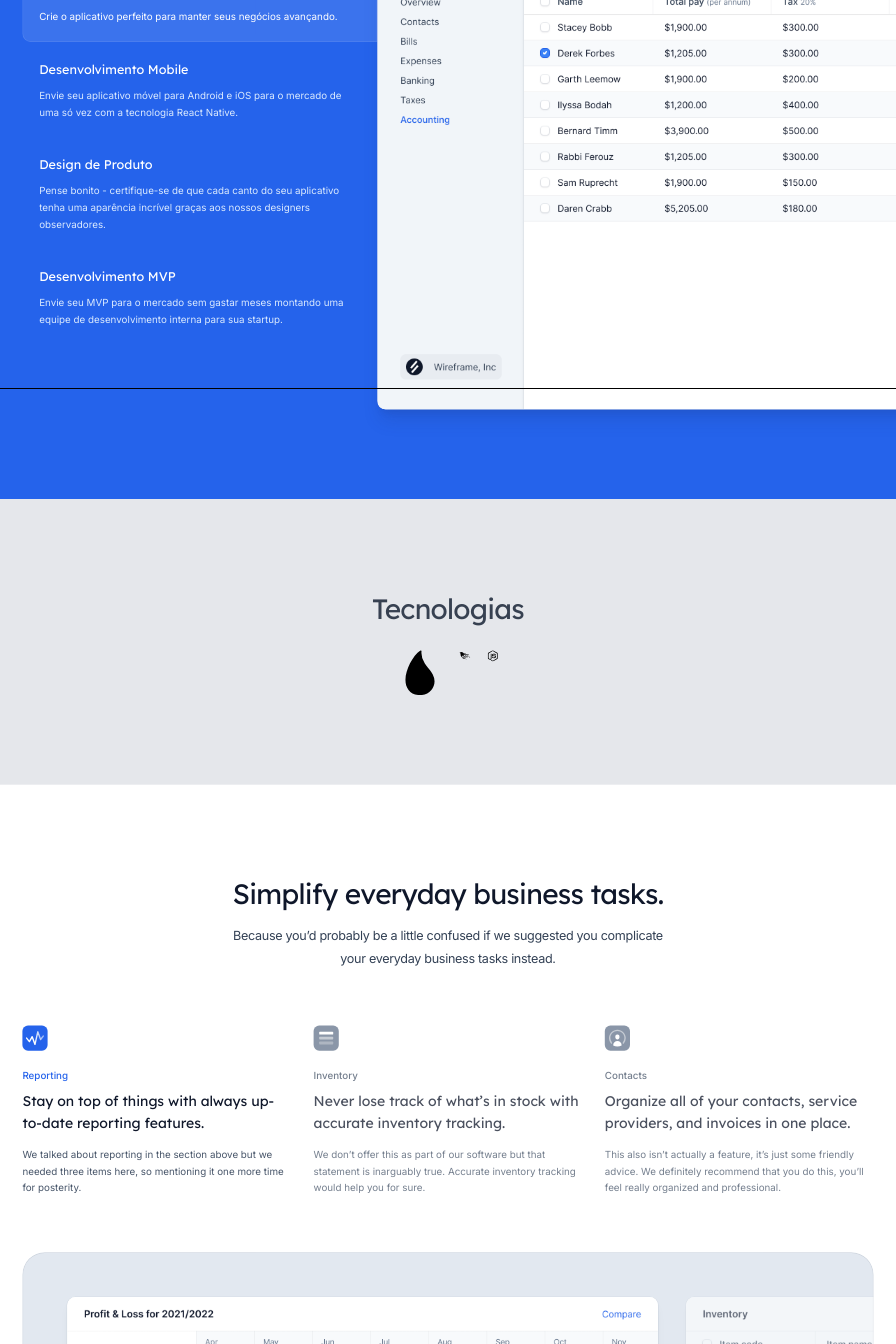
Repository: LuisSempre/imaginative
Page: /
These files come from the project's save history. The page is drawn as it stood at one moment and after the next save; the edit follows.
The browser window is 1280 px wide. The pictures show the part of the page from y = 2350 to 4270 px (the page is 10326 px tall), at 70% of full size.
The project was rebuilt for these pictures with package versions that can differ from the ones it lists, and the page was loaded fresh each time. The framework's server and built-in components were replaced by stand-ins that run in the browser. Also part of the build but not shown: next.config.js.

Above is the page before, as saved 2022-07-15 11:21:52.

### src/pages/index.jsx
import Head from 'next/head'

import { CallToAction } from '@/components/CallToAction'
import { Faqs } from '@/components/Faqs'
import { Footer } from '@/components/Footer'
import { Header } from '@/components/Header'
import { Hero } from '@/components/Hero'
import { Contact } from '@/components/Contact'
import { PrimaryFeatures } from '@/components/PrimaryFeatures'
import { SecondaryFeatures } from '@/components/SecondaryFeatures'
import { Testimonials } from '@/components/Testimonials'
import { Tecnology } from '@/components/Tecnology'

export default function Home() {
  return (
    <>
      <Head>
        <title>TaxPal - Accounting made simple for small businesses</title>
        <meta
          name="description"
          content="Most bookkeeping software is accurate, but hard to use. We make the opposite trade-off, and hope you don’t get audited."
        />
      </Head>
      <Header />
      <main>
        <Hero />
        <PrimaryFeatures />
        <Tecnology />
        <SecondaryFeatures />
        <CallToAction />
        <Testimonials />
        <Contact />
        <Faqs />
      </main>
      <Footer />
    </>
  )
}

### src/components/CallToAction.jsx
import Image from 'next/future/image'

import { Button } from '@/components/Button'
import { Container } from '@/components/Container'
import backgroundImage from '@/images/background-call-to-action.jpg'

export function CallToAction() {
  return (
    <section
      id="get-started-today"
      className="relative overflow-hidden bg-blue-600 py-32"
    >
      <Image
        className="absolute top-1/2 left-1/2 max-w-none -translate-x-1/2 -translate-y-1/2"
        src={backgroundImage}
        alt=""
        width={2347}
        height={1244}
        unoptimized
      />
      <Container className="relative">
        <div className="mx-auto max-w-lg text-center">
          <h2 className="font-display text-3xl tracking-tight text-white sm:text-4xl">
            Get started today
          </h2>
          <p className="mt-4 text-lg tracking-tight text-white">
            It’s time to take control of your books. Buy our software so you can
            feel like you’re doing something productive.
          </p>
          <Button href="/register" color="white" className="mt-10">
            Get 6 months free
          </Button>
        </div>
      </Container>
    </section>
  )
}

### src/components/Faqs.jsx
import Image from 'next/future/image'

import { Container } from '@/components/Container'
import backgroundImage from '@/images/background-faqs.jpg'

const faqs = [
  [
    {
      question: 'Does TaxPal handle VAT?',
      answer:
        'Well no, but if you move your company offshore you can probably ignore it.',
    },
    {
      question: 'Can I pay for my subscription via purchase order?',
      answer: 'Absolutely, we are happy to take your money in all forms.',
    },
    {
      question: 'How do I apply for a job at TaxPal?',
      answer:
        'We only hire our customers, so subscribe for a minimum of 6 months and then let’s talk.',
    },
  ],
  [
    {
      question: 'What was that testimonial about tax fraud all about?',
      answer:
        'TaxPal is just a software application, ultimately your books are your responsibility.',
    },
    {
      question:
        'TaxPal sounds horrible but why do I still feel compelled to purchase?',
      answer:
        'This is the power of excellent visual design. You just can’t resist it, no matter how poorly it actually functions.',
    },
    {
      question:
        'I found other companies called TaxPal, are you sure you can use this name?',
      answer:
        'Honestly not sure at all. We haven’t actually incorporated or anything, we just thought it sounded cool and made this website.',
    },
  ],
  [
    {
      question: 'How do you generate reports?',
      answer:
        'You just tell us what data you need a report for, and we get our kids to create beautiful charts for you using only the finest crayons.',
    },
    {
      question: 'Can we expect more inventory features?',
      answer: 'In life it’s really better to never expect anything at all.',
    },
    {
      question: 'I lost my password, how do I get into my account?',
      answer:
        'Send us an email and we will send you a copy of our latest password spreadsheet so you can find your information.',
    },
  ],
]

export function Faqs() {
  return (
    <section
      id="faq"
      aria-labelledby="faq-title"
      className="relative overflow-hidden bg-slate-50 py-20 sm:py-32"
    >
      <Image
        className="absolute top-0 left-1/2 max-w-none translate-x-[-30%] -translate-y-1/4"
        src={backgroundImage}
        alt=""
        width={1558}
        height={946}
        unoptimized
      />
      <Container className="relative">
        <div className="mx-auto max-w-2xl lg:mx-0">
          <h2
            id="faq-title"
            className="font-display text-3xl tracking-tight text-slate-900 sm:text-4xl"
          >
            Frequently asked questions
          </h2>
          <p className="mt-4 text-lg tracking-tight text-slate-700">
            If you can’t find what you’re looking for, email our support team
            and if you’re lucky someone will get back to you.
          </p>
        </div>
        <ul
          role="list"
          className="mx-auto mt-16 grid max-w-2xl grid-cols-1 gap-8 lg:max-w-none lg:grid-cols-3"
        >
          {faqs.map((column, columnIndex) => (
            <li key={columnIndex}>
              <ul role="list" className="flex flex-col gap-y-8">
                {column.map((faq, faqIndex) => (
                  <li key={faqIndex}>
                    <h3 className="font-display text-lg leading-7 text-slate-900">
                      {faq.question}
                    </h3>
                    <p className="mt-4 text-sm text-slate-700">{faq.answer}</p>
                  </li>
                ))}
              </ul>
            </li>
          ))}
        </ul>
      </Container>
    </section>
  )
}

### src/components/Footer.jsx
import Link from 'next/link'

import { Container } from '@/components/Container'
import { Logo } from '@/components/Logo'
import { NavLink } from '@/components/NavLink'

export function Footer() {
  return (
    <footer className="bg-slate-50">
      <Container>
        <div className="py-16">
          <Logo className="mx-auto h-10 w-auto" />
          <nav className="mt-10 text-sm" aria-label="quick links">
            <div className="-my-1 flex justify-center gap-x-6">
              <NavLink href="#features">Features</NavLink>
              <NavLink href="#testimonials">Testimonials</NavLink>
              <NavLink href="#pricing">Pricing</NavLink>
            </div>
          </nav>
        </div>
        <div className="flex flex-col items-center border-t border-slate-400/10 py-10 sm:flex-row-reverse sm:justify-between">
          <div className="flex gap-x-6">
            <Link
              href="https://twitter.com"
              className="group"
              aria-label="TaxPal on Twitter"
            >
              <svg
                aria-hidden="true"
                className="h-6 w-6 fill-slate-500 group-hover:fill-slate-700"
              >
                <path d="M8.29 20.251c7.547 0 11.675-6.253 11.675-11.675 0-.178 0-.355-.012-.53A8.348 8.348 0 0 0 22 5.92a8.19 8.19 0 0 1-2.357.646 4.118 4.118 0 0 0 1.804-2.27 8.224 8.224 0 0 1-2.605.996 4.107 4.107 0 0 0-6.993 3.743 11.65 11.65 0 0 1-8.457-4.287 4.106 4.106 0 0 0 1.27 5.477A4.073 4.073 0 0 1 2.8 9.713v.052a4.105 4.105 0 0 0 3.292 4.022 4.093 4.093 0 0 1-1.853.07 4.108 4.108 0 0 0 3.834 2.85A8.233 8.233 0 0 1 2 18.407a11.615 11.615 0 0 0 6.29 1.84" />
              </svg>
            </Link>
            <Link
              href="https://github.com"
              className="group"
              aria-label="TaxPal on GitHub"
            >
              <svg
                aria-hidden="true"
                className="h-6 w-6 fill-slate-500 group-hover:fill-slate-700"
              >
                <path d="M12 2C6.477 2 2 6.484 2 12.017c0 4.425 2.865 8.18 6.839 9.504.5.092.682-.217.682-.483 0-.237-.008-.868-.013-1.703-2.782.605-3.369-1.343-3.369-1.343-.454-1.158-1.11-1.466-1.11-1.466-.908-.62.069-.608.069-.608 1.003.07 1.531 1.032 1.531 1.032.892 1.53 2.341 1.088 2.91.832.092-.647.35-1.088.636-1.338-2.22-.253-4.555-1.113-4.555-4.951 0-1.093.39-1.988 1.029-2.688-.103-.253-.446-1.272.098-2.65 0 0 .84-.27 2.75 1.026A9.564 9.564 0 0 1 12 6.844a9.59 9.59 0 0 1 2.504.337c1.909-1.296 2.747-1.027 2.747-1.027.546 1.379.202 2.398.1 2.651.64.7 1.028 1.595 1.028 2.688 0 3.848-2.339 4.695-4.566 4.943.359.309.678.92.678 1.855 0 1.338-.012 2.419-.012 2.747 0 .268.18.58.688.482A10.02 10.02 0 0 0 22 12.017C22 6.484 17.522 2 12 2Z" />
              </svg>
            </Link>
          </div>
          <p className="mt-6 text-sm text-slate-500 sm:mt-0">
            Copyright &copy; {new Date().getFullYear()} TaxPal. All rights
            reserved.
          </p>
        </div>
      </Container>
    </footer>
  )
}

### src/components/Header.jsx
import { Fragment } from 'react'
import Link from 'next/link'
import { Popover, Transition } from '@headlessui/react'
import clsx from 'clsx'
import { Container } from '@/components/Container'
import { Logo } from '@/components/Logo'
import { NavLink } from '@/components/NavLink'

function MobileNavLink({ href, children }) {
  return (
    <Popover.Button as={Link} href={href} className="block w-full p-2">
      {children}
    </Popover.Button>
  )
}

function MobileNavIcon({ open }) {
  return (
    <svg
      aria-hidden="true"
      className="h-3.5 w-3.5 overflow-visible stroke-slate-700"
      fill="none"
      strokeWidth={2}
      strokeLinecap="round"
    >
      <path
        d="M0 1H14M0 7H14M0 13H14"
        className={clsx(
          'origin-center transition',
          open && 'scale-90 opacity-0'
        )}
      />
      <path
        d="M2 2L12 12M12 2L2 12"
        className={clsx(
          'origin-center transition',
          !open && 'scale-90 opacity-0'
        )}
      />
    </svg>
  )
}

function MobileNavigation() {
  return (
    <Popover>
      <Popover.Button
        className="relative z-10 flex h-8 w-8 items-center justify-center [&:not(:focus-visible)]:focus:outline-none"
        aria-label="Toggle Navigation"
      >
        {({ open }) => <MobileNavIcon open={open} />}
      </Popover.Button>
      <Transition.Root>
        <Transition.Child
          as={Fragment}
          enter="duration-150 ease-out"
          enterFrom="opacity-0"
          enterTo="opacity-100"
          leave="duration-150 ease-in"
          leaveFrom="opacity-100"
          leaveTo="opacity-0"
        >
          <Popover.Overlay className="fixed inset-0 bg-slate-300/50" />
        </Transition.Child>
        <Transition.Child
          as={Fragment}
          enter="duration-150 ease-out"
          enterFrom="opacity-0 scale-95"
          enterTo="opacity-100 scale-100"
          leave="duration-100 ease-in"
          leaveFrom="opacity-100 scale-100"
          leaveTo="opacity-0 scale-95"
        >
          <Popover.Panel
            as="div"
            className="absolute inset-x-0 flex flex-col p-4 mt-4 text-lg tracking-tight origin-top bg-white shadow-xl top-full rounded-2xl text-slate-900 ring-1 ring-slate-900/5"
          >
            <MobileNavLink href="#services">Serviços</MobileNavLink>
            <MobileNavLink href="#portifolio">Portfólio</MobileNavLink>
            <MobileNavLink href="#sobre">Sobre</MobileNavLink>
          </Popover.Panel>
        </Transition.Child>
      </Transition.Root>
    </Popover>
  )
}

export function Header() {
  return (
    <header className="py-10">
      <Container>
        <nav className="relative z-50 flex justify-between">
          <div className="flex items-center md:gap-x-12">
            <Link href="#" aria-label="Home">
              <Logo className="w-auto h-10" />
            </Link>
          </div>
          <div className="flex items-center gap-x-5 md:gap-x-8">
            <div className="hidden md:flex">
              <NavLink href="#services">Serviços</NavLink>
              <NavLink href="#portifolio">Portfólio</NavLink>
              <NavLink href="#sobre">Sobre</NavLink>
            </div>
            <div className="-mr-1 md:hidden">
              <MobileNavigation />
            </div>
          </div>
        </nav>
      </Container>
    </header>
  )
}

### src/components/Hero.jsx
import Image from 'next/future/image'

import { Button } from '@/components/Button'
import { Container } from '@/components/Container'
import logoLaravel from '@/images/logos/laravel.svg'
import logoMirage from '@/images/logos/mirage.svg'
import logoStatamic from '@/images/logos/statamic.svg'
import logoStaticKit from '@/images/logos/statickit.svg'
import logoTransistor from '@/images/logos/transistor.svg'
import logoTuple from '@/images/logos/tuple.svg'

export function Hero() {
  return (
    <Container className="pt-20 pb-16 text-center lg:pt-32">
      <h1 className="max-w-4xl mx-auto text-5xl font-medium tracking-tight font-display text-slate-900 sm:text-7xl">
        Construindo{' '}
        <span className="relative text-blue-500 whitespace-nowrap">
          <svg
            aria-hidden="true"
            viewBox="0 0 418 42"
            className="absolute top-2/3 left-0 h-[0.58em] w-full fill-blue-300/70"
            preserveAspectRatio="none"
          >
            <path d="M203.371.916c-26.013-2.078-76.686 1.963-124.73 9.946L67.3 12.749C35.421 18.062 18.2 21.766 6.004 25.934 1.244 27.561.828 27.778.874 28.61c.07 1.214.828 1.121 9.595-1.176 9.072-2.377 17.15-3.92 39.246-7.496C123.565 7.986 157.869 4.492 195.942 5.046c7.461.108 19.25 1.696 19.17 2.582-.107 1.183-7.874 4.31-25.75 10.366-21.992 7.45-35.43 12.534-36.701 13.884-2.173 2.308-.202 4.407 4.442 4.734 2.654.187 3.263.157 15.593-.78 35.401-2.686 57.944-3.488 88.365-3.143 46.327.526 75.721 2.23 130.788 7.584 19.787 1.924 20.814 1.98 24.557 1.332l.066-.011c1.201-.203 1.53-1.825.399-2.335-2.911-1.31-4.893-1.604-22.048-3.261-57.509-5.556-87.871-7.36-132.059-7.842-23.239-.254-33.617-.116-50.627.674-11.629.54-42.371 2.494-46.696 2.967-2.359.259 8.133-3.625 26.504-9.81 23.239-7.825 27.934-10.149 28.304-14.005.417-4.348-3.529-6-16.878-7.066Z" />
          </svg>
          <span className="relative">software inovador</span>
        </span>{' '}
        para você crescer.
      </h1>
      <p className="max-w-2xl mx-auto mt-6 text-xl tracking-tight text-slate-700">
        Desenvolvimento de aplicativos web e mobile
      </p>
      <div className="flex justify-center mt-10 gap-x-6">
        <Button className="px-12 py-4 text-xl" href="#contato">
          Entre em contato
        </Button>
      </div>
      <div className="mt-36 lg:mt-44">
        <p className="text-base font-display text-slate-900">
         Confiado por empresas inovadoras
        </p>
        <ul
          role="list"
          className="flex items-center justify-center mt-8 gap-x-8 sm:flex-col sm:gap-x-0 sm:gap-y-10 xl:flex-row xl:gap-x-12 xl:gap-y-0"
        >
          {[
            [
              { name: 'Transistor', logo: logoTransistor },
              { name: 'Tuple', logo: logoTuple },
              { name: 'StaticKit', logo: logoStaticKit },
            ],
            [
              { name: 'Mirage', logo: logoMirage },
              { name: 'Laravel', logo: logoLaravel },
              { name: 'Statamic', logo: logoStatamic },
            ],
          ].map((group, groupIndex) => (
            <li key={groupIndex}>
              <ul
                role="list"
                className="flex flex-col items-center gap-y-8 sm:flex-row sm:gap-x-12 sm:gap-y-0"
              >
                {group.map((company) => (
                  <li key={company.name} className="flex">
                    <Image src={company.logo} alt={company.name} unoptimized />
                  </li>
                ))}
              </ul>
            </li>
          ))}
        </ul>
      </div>
    </Container>
  )
}

### src/components/Tecnology.jsx
import { Container } from '@/components/Container'
import { FaReact, FaVuejs, FaNodeJs, FaPhoenixFramework } from 'react-icons/fa'
import { SiElixir, SiTypescript } from 'react-icons/si'

export function Tecnology() {
  return (
    <section
      id="get-started-today"
      className="relative py-32 overflow-hidden bg-gray-200"
    >
      <Container className="relative">
        <div className="max-w-lg mx-auto text-center">
          <h2 className="text-3xl tracking-tight text-gray-700 font-display sm:text-4xl">
            Tecnologias
          </h2>
          <div className="flex justify-center mt-8 space-x-6">
          <SiElixir className='w-16 h-16' />
          <FaPhoenixFramework />
          <FaNodeJs />
          </div>
        </div>
      </Container>
    </section>
  )
}

### src/components/Button.jsx
import Link from 'next/link'
import clsx from 'clsx'

const baseStyles = {
  solid:
    'group inline-flex items-center justify-center rounded-full py-2 px-4 text-sm font-semibold focus:outline-none focus-visible:outline-2 focus-visible:outline-offset-2',
  outline:
    'group inline-flex ring-1 items-center justify-center rounded-full py-2 px-4 text-sm focus:outline-none',
}

const variantStyles = {
  solid: {
    slate:
      'bg-slate-900 text-white hover:bg-slate-700 hover:text-slate-100 active:bg-slate-800 active:text-slate-300 focus-visible:outline-slate-900',
    blue: 'bg-blue-600 text-white hover:text-slate-100 hover:bg-blue-500 active:bg-blue-800 active:text-blue-100 focus-visible:outline-blue-600',
    white:
      'bg-white text-slate-900 hover:bg-blue-50 active:bg-blue-200 active:text-slate-600 focus-visible:outline-white',
  },
  outline: {
    slate:
      'ring-slate-200 text-slate-700 hover:text-slate-900 hover:ring-slate-300 active:bg-slate-100 active:text-slate-600 focus-visible:outline-blue-600 focus-visible:ring-slate-300',
    white:
      'ring-slate-700 text-white hover:ring-slate-500 active:ring-slate-700 active:text-slate-400 focus-visible:outline-white',
  },
}

export function Button({
  variant = 'solid',
  color = 'slate',
  className,
  href,
  ...props
}) {
  className = clsx(
    baseStyles[variant],
    variantStyles[variant][color],
    className
  )

  return href ? (
    <Link href={href} className={className} {...props} />
  ) : (
    <button className={className} {...props} />
  )
}

### src/components/Logo.jsx
import Image from 'next/image'
import logo from '../images/logos/logo.png'
export function Logo(props) {
  return <Image src={logo}  width={200}  height={32} alt="Picture of the author" />
}

Loaded but not shown: src/pages/_app.jsx (common file); src/pages/_document.jsx (common file); src/styles/tailwind.css (common file); src/components/Container.jsx (common file); src/components/NavLink.jsx (common file); tailwind.config.js (common file); src/components/Contact.jsx (187 lines, source omitted); src/components/SecondaryFeatures.jsx (231 lines, source omitted); src/components/Testimonials.jsx (144 lines, source omitted); src/components/PrimaryFeatures.jsx (157 lines, source omitted)

After the next save:
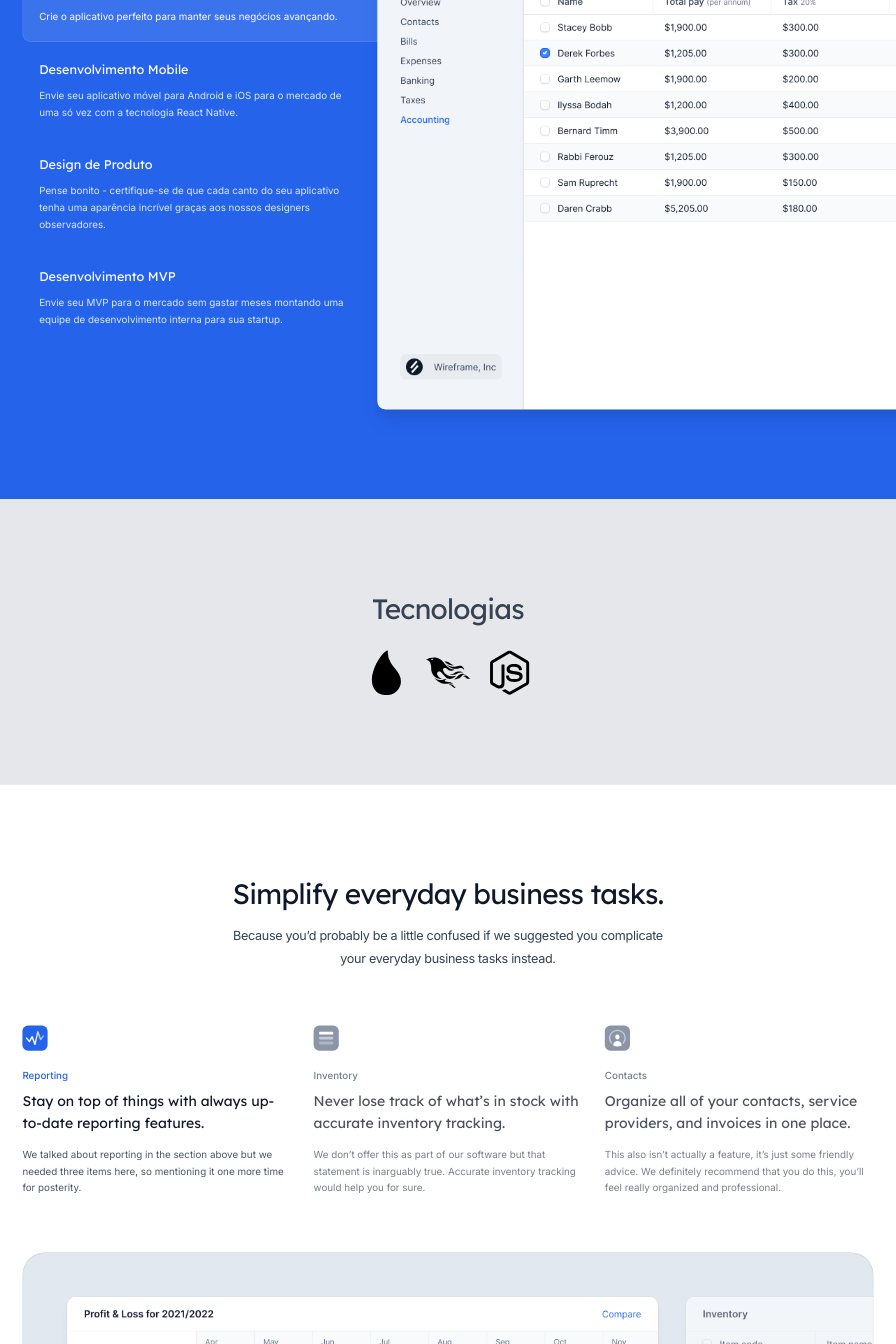
Saved 32 s later.
--- a/src/components/Tecnology.jsx
+++ b/src/components/Tecnology.jsx
@@ -15,8 +15,8 @@
           </h2>
           <div className="flex justify-center mt-8 space-x-6">
           <SiElixir className='w-16 h-16' />
-          <FaPhoenixFramework />
-          <FaNodeJs />
+          <FaPhoenixFramework className='w-16 h-16' />
+          <FaNodeJs className='w-16 h-16' />
           </div>
         </div>
       </Container>
